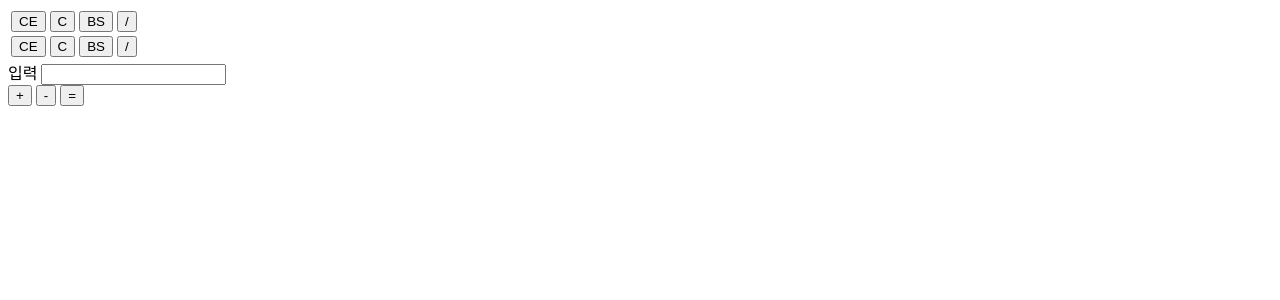
Repository: odreeblue/Study_ServletJSP
Page: jsp/workspace/JSPPrj/src/main/webapp/calc3.html
An editor plug-in stored every save of this project. The page is shown before and after the next save, followed by the edit.
The browser window is 1280 px wide. The pictures show the whole page.

Above is the page before, as saved 2023-02-06 11:25:00.

After the next save:
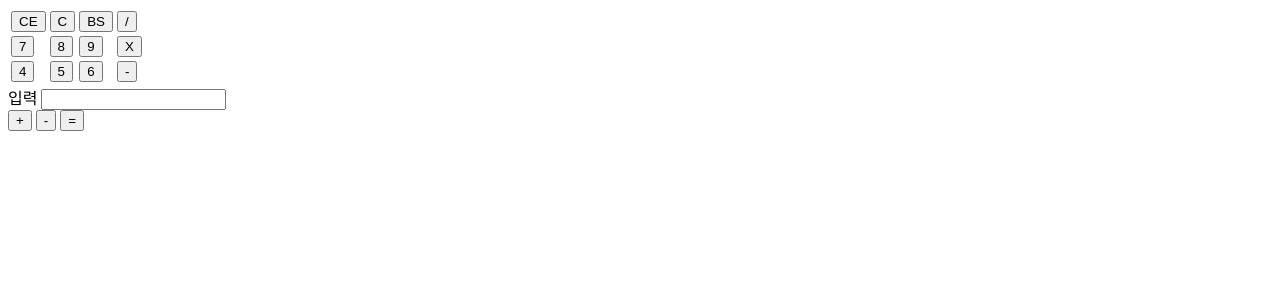
Saved 62 s later.
--- a/jsp/workspace/JSPPrj/src/main/webapp/calc3.html
+++ b/jsp/workspace/JSPPrj/src/main/webapp/calc3.html
@@ -15,10 +15,16 @@
 					<td><input type="submit" name="operator" value="/"/></td>
 				</tr>
 				<tr>
-					<td><input type="submit" name="operator" value="CE"/></td>
-					<td><input type="submit" name="operator" value="C"/></td>
-					<td><input type="submit" name="operator" value="BS"/></td>
-					<td><input type="submit" name="operator" value="/"/></td>
+					<td><input type="submit" name="operator" value="7"/></td>
+					<td><input type="submit" name="operator" value="8"/></td>
+					<td><input type="submit" name="operator" value="9"/></td>
+					<td><input type="submit" name="operator" value="X"/></td>
+				</tr>
+				<tr>
+					<td><input type="submit" name="operator" value="4"/></td>
+					<td><input type="submit" name="operator" value="5"/></td>
+					<td><input type="submit" name="operator" value="6"/></td>
+					<td><input type="submit" name="operator" value="-"/></td>
 				</tr>
 
 			</table>
